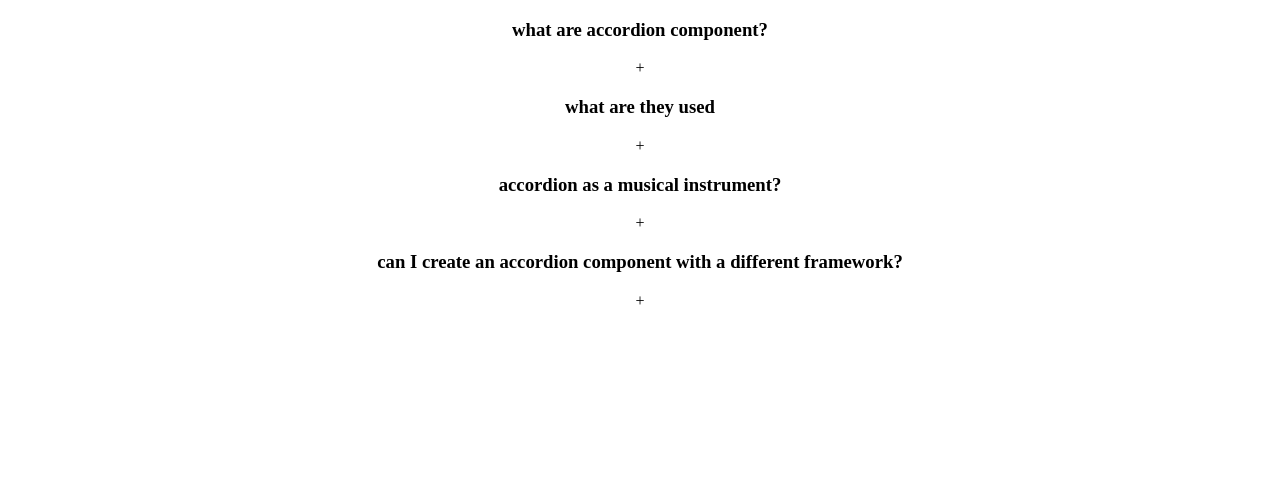
Repository: wakoya-tech/react-project
Page: / (app in react-project/)
These files come from the project's save history. The page is drawn as it stood at one moment and after the next save; the edit follows.
The browser window is 1280 px wide. The pictures show the whole page.
The project was rebuilt for these pictures with package versions that can differ from the ones it lists, and the page was loaded fresh each time. Also part of the build but not shown: react-project/vite.config.js, react-project/src/index.css.

Above is the page before, as saved 2025-10-22 19:14:13.

After the next save:
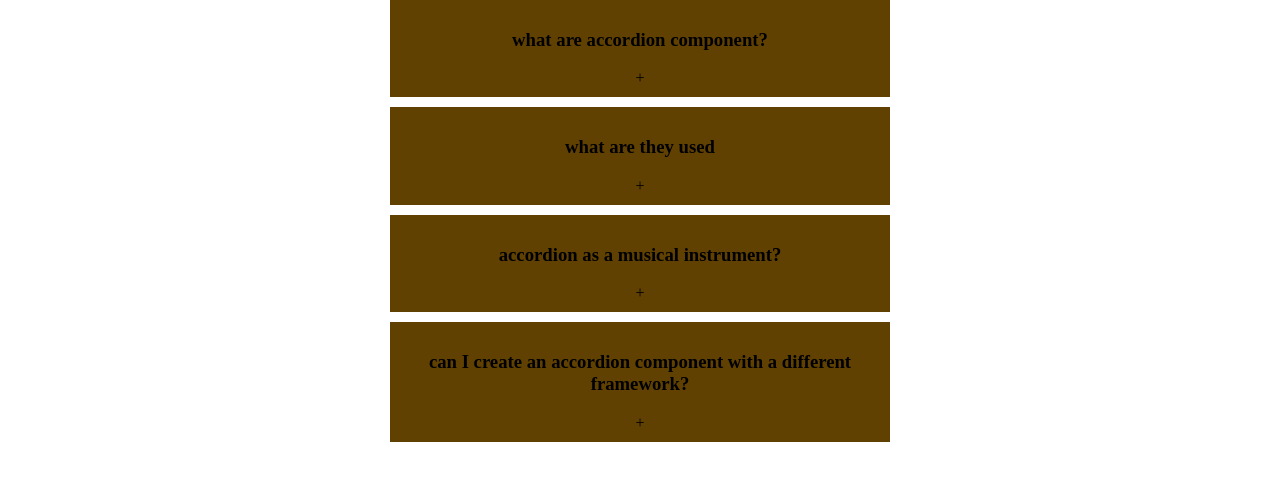
Saved 77 min 22 s later.
--- a/react-project/src/components/accordion/index.jsx
+++ b/react-project/src/components/accordion/index.jsx
@@ -1,6 +1,6 @@
 import { useState } from "react";
 import data from './data';
-
+import './style.css'
 export default function Accordion() {
   const [selected, setSelected] = useState(null);
   function handleSingleSelection(getCurrentId){
